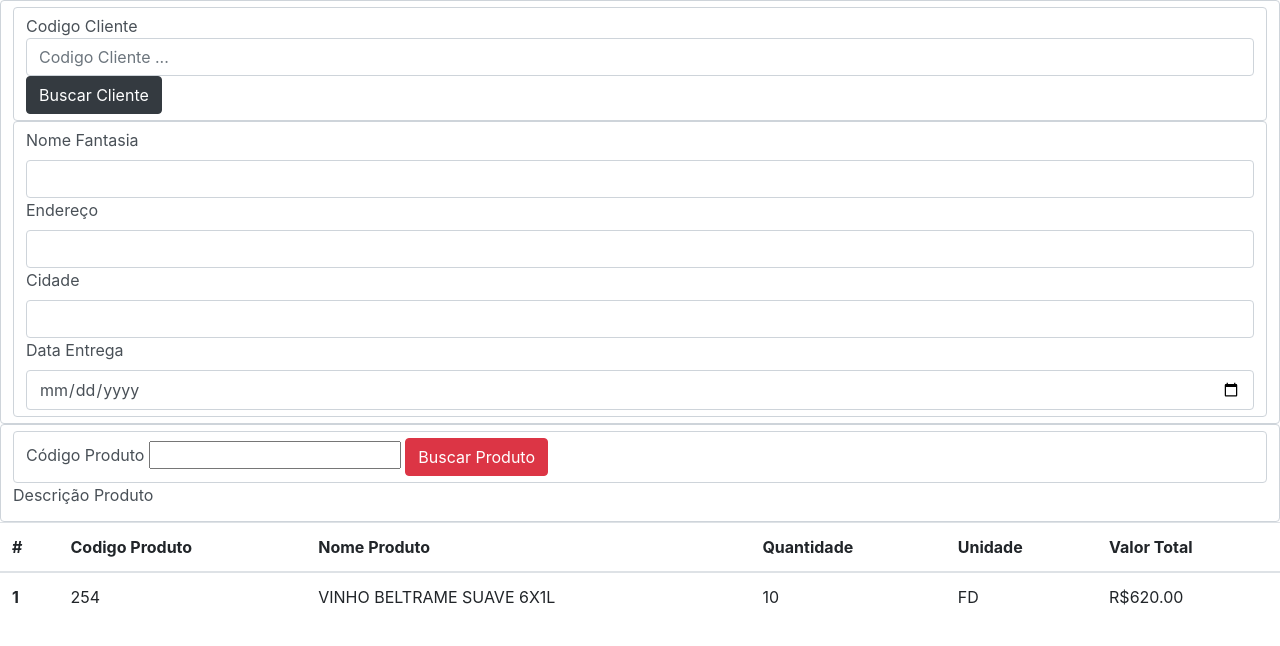
Repository: RobertoAntunes35/controle-estoque
Page: backend/templates/paginaGeracaoPedidos.html
The author's editor kept a copy of each file at every save. The page is drawn from the files as they stood at one save, then again after the next save.
The browser window is 1280 px wide. The pictures show the whole page.
Some web libraries are served in a nearby version. The template is drawn by Flask 3. The application's start-up code is not run. Other server files are loaded and not shown. The template is opened directly, without the code that normally fills it, so the values that code supplies are empty.

Above is the page before, as saved 2023-06-06 10:46:09.

### backend/templates/paginaGeracaoPedidos.html
{% extends "index.html" %}

{% block title %} Geração Pedidos {% endblock %}

{% block content %}
<div class="content-geracao-pedido">
        <form action="">
            <div class="data-clientes form-control">
                <div class="buscar form-control">
                    <label class="form-check-label" for="">Codigo Cliente</label>
                    <input class="form-control" type="text" name="codigoCliente" id="codigoCliente" placeholder="Codigo Cliente ...">
                    <a href="#" class="btn btn-dark">Buscar Cliente</a>
                </div>

                <div class="datas-cliente form-control">
                    <label for="">Nome Fantasia</label>
                    <input class="form-control" type="text" name="nomeFantasia" id="nomeFantasia">

                    <label for="">Endereço</label>
                    <input class="form-control" type="text" name="enderecoCliente" id="enderecoCliente">

                    <label for="">Cidade</label>
                    <input class="form-control" type="text" name="cidadeCliente" id="cidadeCliente">

                    <label for="">Data Entrega</label>
                    <input class="form-control" type="date" name="dataEntrega" id="dataEntrega">
                </div>
            </div>
            <div class="produtos">
                <div class="busca-produtos form-control">
                    <div class="busca form-control">
                        <label for="">Código Produto</label>
                        <input class="" type="text" name="codigoProduto" id="codigoProduto">
                        <button class="btn btn-danger" id="btnBuscaProduto" name="btnBuscaProduto">Buscar Produto</button>
                    </div>
                    <div class="dados-produtos">
                        <label for="">Descrição Produto</label>
                    </div>
                </div>


                <table class="table">
                    <thead>
                        <tr>
                            <th scope="col">#</th>
                            <th scope="col">Codigo Produto</th>
                            <th scope="col">Nome Produto</th>
                            <th scope="col">Quantidade</th>
                            <th scope="col">Unidade</th>
                            <th scope="col">Valor Total</th>
                        </tr>
                    </thead>

                    <tbody>
                        <tr>
                            <th scope="row">1</th>
                            <td>254</td>
                            <td>VINHO BELTRAME SUAVE 6X1L</td>
                            <td>10</td>
                            <td>FD</td>
                            <td>R$620.00</td>
                        </tr>
                    </tbody>

                </table>

            </div>

        </form>
    </div>

{% endblock %}

### backend/templates/index.html
<!DOCTYPE html>
<html lang="en">

{% block head %}
<head>
    <meta charset="UTF-8">
    <meta http-equiv="X-UA-Compatible" content="IE=edge">
    <meta name="viewport" content="width=device-width, initial-scale=1.0">
    <title>{% block title %} {% endblock %}</title>

    <script src="https://ajax.googleapis.com/ajax/libs/jquery/3.5.1/jquery.min.js"></script>
    <!-- CSS INTERNO -->
    <link rel="stylesheet" href="{{ url_for('static', filename='css/globalStyle.css') }}">

    <!-- FONTE -->

    <!-- BOOTSTRAP -->
    <link rel="stylesheet" href="https://maxcdn.bootstrapcdn.com/bootstrap/4.0.0/css/bootstrap.min.css">
    <script src="https://maxcdn.bootstrapcdn.com/bootstrap/4.0.0/js/bootstrap.min.js"></script>
    <script src="https://cdnjs.cloudflare.com/ajax/libs/popper.js/1.12.9/umd/popper.min.js"></script>

    <!-- SCRIPT INTERNO -->
    <script src="{{ url_for('static' , filename='js/script.js') }}"></script>

    <!-- SCRIPTS AUXILIARES -->

</head>
{% endblock %}

<body>
   <div class="content">
    {% block content %} {% endblock %}
    </div>

</body>
</html>

### backend/static/css/globalStyle.css
* {
    margin: 0 auto;
    padding: 0;
    box-sizing: border-box;
}

.div-formulario {
    border: 1px solid;
}

.container {
    display: flex;
    justify-content: left;
    align-items: center;
    width: 100vw;
    height: 100vh;

    /* border: 1px solid; */
}

.search-product{
    /* border: 1px solid; */
}
.values-find{
    /* border: 1px solid; */
}

.choices-values{
    /* border: 1px solid; */
}

### backend/static/js/script.js

$(document).ready(function() {
    $('#btnBuscar').click(function(event) {
        event.preventDefault();

        var inputValue = $('#codigo').val();
        console.log(inputValue);

    $.ajax({
        url: '/busca_produtos',
        type: 'POST',
        data: {codigoProduto: inputValue},
        success: function(date) {
            $('#descricao').val(date.updatedValue.descricao)
            $('#codigoFornecedor').val(date.updatedValue.codigoFornecedor)
            $('#unidade').val(date.updatedValue.unidade)
        }
    });
    });
});


function verificarEnter(event) {
    if(event.keyCode === 13) {
        event.preventDefault();

        var botao = document.getElementById("btnBuscar")
        botao.click();
    }
}

After the next save:
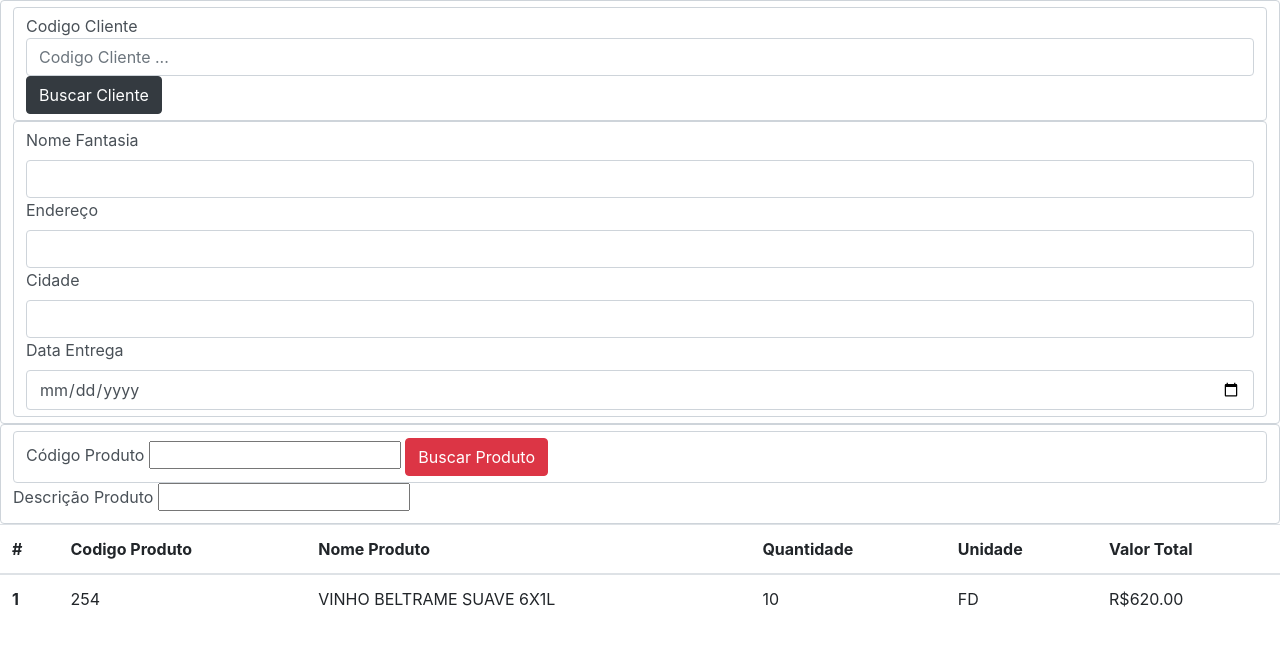
Saved 17 s later.
--- a/backend/templates/paginaGeracaoPedidos.html
+++ b/backend/templates/paginaGeracaoPedidos.html
@@ -35,6 +35,7 @@
                     </div>
                     <div class="dados-produtos">
                         <label for="">Descrição Produto</label>
+                        <input type="text" name="descricaoProduto" id="descricaoProduto">
                     </div>
                 </div>
 
